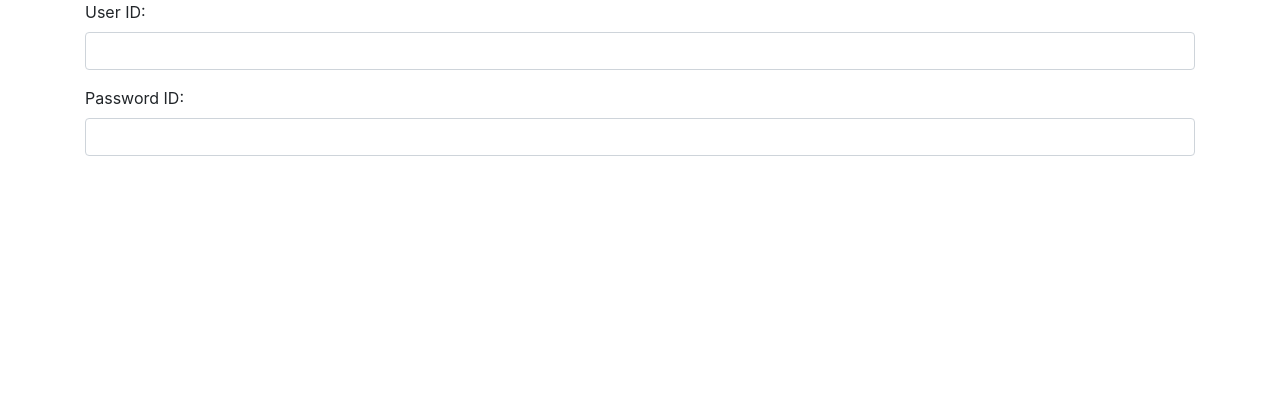
Repository: Hai-Nguyen-21/CRUD_Hibernate
Page: http://localhost/CRUD_Hibernate/user.jsp
An editor plug-in stored every save of this project. The page is shown before and after the next save, followed by the edit.
The browser window is 1280 px wide. The pictures show the whole page.
The page is served by Tomcat 9.

Above is the page before, as saved 2021-09-04 16:41:27.

After the next save:
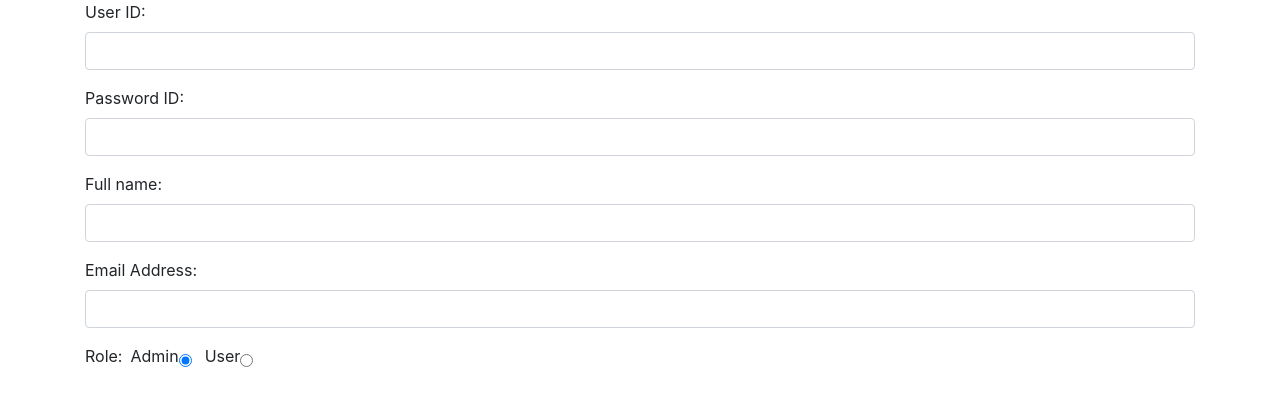
Saved 7 min 52 s later.
--- a/CRUD_Hibernate/src/main/webapp/user.jsp
+++ b/CRUD_Hibernate/src/main/webapp/user.jsp
@@ -23,12 +23,25 @@
 			<div class="col">
 				<form action="" method = "post">
 					<div class = "form-group">
-						<label for = "userId"> User ID: </label> <input type = "text" name = "userId" id = "userId" class = "form-control"/>
-
+						<label for = "userId"> User ID: </label>
+						<input type = "text" name = "userId" id = "userId" class = "form-control"/>
 					</div>
 					<div class = "form-group">
 						<label for = "password"> Password ID: </label>
 						<input type = "password" name = "password" id = "password" class = "form-control"/>
+					</div>
+					<div class = "form-group">
+						<label for = "fullname"> Full name: </label>
+						<input type = "text" name = "fullname" id = "fullname" class = "form-control"/>
+					</div>
+					<div class = "form-group">
+						<label for = "email"> Email Address: </label>
+						<input type = "text" name = "email" id = "email" class = "form-control"/>
+					</div>
+					<div class = "form-check form-check-inline">
+						<label> Role: </label>
+						<label class = "ml-2">Admin</label> <input type = "radio" name = "admin" id = "admin" class = "form-check-input" checked/>
+						<label class = "ml-2">User</label> <input type = "radio" name = "user" id = "user" class = "form-check-input"/>
 					</div>
 				</form>
 			</div>
